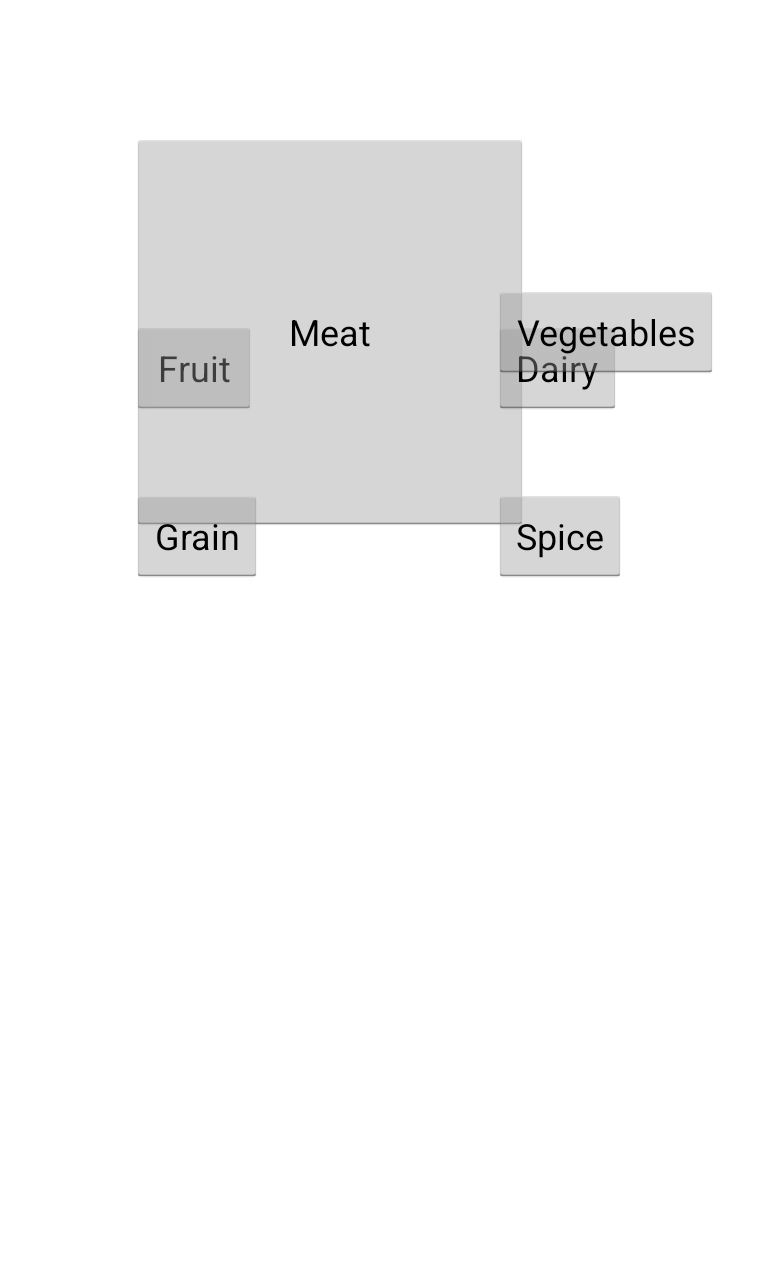
Repository: jmwood22/Boyardroid
Layout: Boyardroid/res/layout/activity_quick_recipe.xml
The author's editor kept a copy of each file at every save. The layout is drawn from the files as they stood at one save, then again after the next save.
It is drawn on a 768 x 1280 px phone screen (xhdpi) without system bars, with theme AppTheme; the app's code is not run.

Above is the layout before, as saved 2013-02-22 01:52:35.

### Boyardroid/res/layout/activity_quick_recipe.xml
<RelativeLayout xmlns:android="http://schemas.android.com/apk/res/android"
    xmlns:tools="http://schemas.android.com/tools"
    android:layout_width="match_parent"
    android:layout_height="match_parent"
    tools:context=".QuickRecipe" >

    <Button
        android:id="@+id/fruit"
        android:layout_width="wrap_content"
        android:layout_height="wrap_content"
        android:layout_alignParentLeft="true"
        android:layout_alignParentTop="true"
        android:layout_marginLeft="65dp"
        android:layout_marginTop="160dp"
        android:text="@string/title_activity_fruit" />

    <Button
        android:id="@+id/meat"
        android:layout_width="200dp"
        android:layout_height="200dp"
        android:layout_alignLeft="@+id/fruit"
        android:layout_alignParentTop="true"
        android:layout_marginTop="66dp"
        android:text="@string/meat" />

    <Button
        android:id="@+id/grains"
        android:layout_width="wrap_content"
        android:layout_height="wrap_content"
        android:layout_alignLeft="@+id/fruit"
        android:layout_below="@+id/fruit"
        android:layout_marginTop="36dp"
        android:text="@string/grain" />

    <Button
        android:id="@+id/spices"
        android:layout_width="wrap_content"
        android:layout_height="wrap_content"
        android:layout_alignBaseline="@+id/grains"
        android:layout_alignBottom="@+id/grains"
        android:layout_alignLeft="@+id/vegetables"
        android:text="@string/spice" />

    <Button
        android:id="@+id/dairy"
        android:layout_width="wrap_content"
        android:layout_height="wrap_content"
        android:layout_above="@+id/grains"
        android:layout_alignLeft="@+id/spices"
        android:text="@string/dairy" />

    <Button
        android:id="@+id/vegetables"
        android:layout_width="wrap_content"
        android:layout_height="wrap_content"
        android:layout_alignBaseline="@+id/meat"
        android:layout_alignBottom="@+id/meat"
        android:layout_alignParentRight="true"
        android:layout_marginRight="24dp"
        android:text="@string/vegetable" />

</RelativeLayout>

### Boyardroid/res/values/strings.xml
<?xml version="1.0" encoding="utf-8"?>
<resources>

    <string name="app_name">BoyarDroid</string>
    <string name="quick_recipe">Quick Recipe</string>
    <string name="menu_settings">Settings</string>
    <string name="title_activity_quck_recipe">QuckRecipe</string>
    <string name="title_activity_quick_recipe">QuickRecipe</string>
    <string name="find_recipe">Find Recipes</string>
    <string name="hello_world">Hello world!</string>
    <string name="title_activity_home_screen">HomeScreen</string>
    <string name="title_activity_fridge">Fridge</string>
    <string name="fridge_button">Fridge</string>
    <string name="dinner_button">Dinner</string>
    <string name="breakfast_button">Breakfast</string>
    <string name="lunch_button">Lunch</string>
    <string name="user_button">User text</string>
    <string name="addIngredient_button">Add Ingredient</string>
    <string name="removeIngredient_button">Remove Ingredient</string>
    <string name="favoriteRecipe_button">Favorite Recipes</string>
    <string name="title_activity_fruit">Fruit</string>
    <string name="apple">Apple</string>
    <string name="banana">Banana</string>
    <string name="lemon">Lemon</string>
    <string name="lime">Lime</string>
    <string name="blueberry">Blueberry</string>
    <string name="grape">Grape</string>
    <string name="orange">Orange</string>
    <string name="meat">Meat</string>
    <string name="vegetable">Vegetables</string>
    <string name="dairy">Dairy</string>
    <string name="grain">Grain</string>
    <string name="spice">Spice</string>


</resources>

Loaded but not shown: Boyardroid/res/values/styles.xml (common file); Boyardroid/res/values-v11/styles.xml (common file); Boyardroid/res/values-v14/styles.xml (common file)

After the next save:
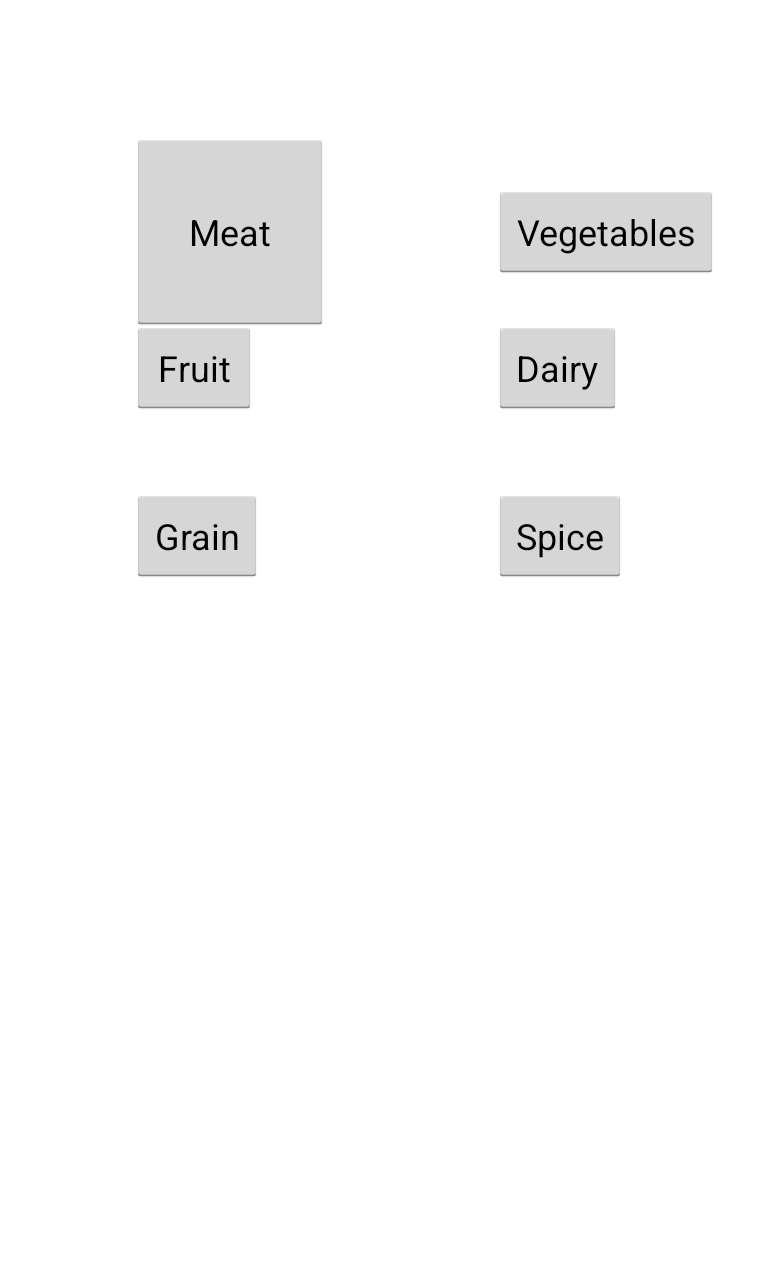
Saved 12 s later.
--- a/Boyardroid/res/layout/activity_quick_recipe.xml
+++ b/Boyardroid/res/layout/activity_quick_recipe.xml
@@ -16,8 +16,8 @@
 
     <Button
         android:id="@+id/meat"
-        android:layout_width="200dp"
-        android:layout_height="200dp"
+        android:layout_width="100dp"
+        android:layout_height="100dp"
         android:layout_alignLeft="@+id/fruit"
         android:layout_alignParentTop="true"
         android:layout_marginTop="66dp"
